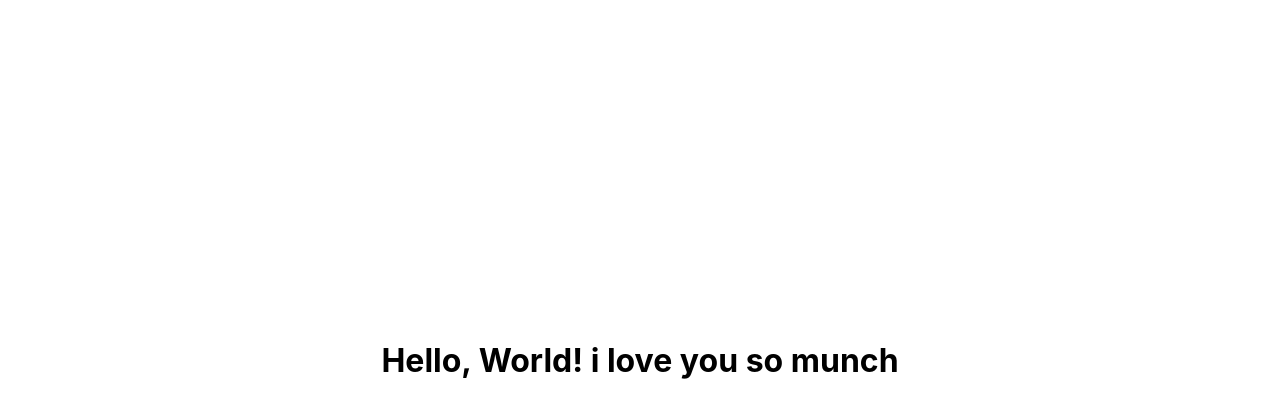
Repository: Christien-14/mon-site-react
Page: /
The author's editor kept a copy of each file at every save. The page is drawn from the files as they stood at one save, then again after the next save.
The browser window is 1280 px wide. The pictures show the whole page.
The project was rebuilt for these pictures with package versions that can differ from the ones it lists, and the page was loaded fresh each time.

Above is the page before, as saved 2024-05-15 12:53:37.

After the next save:
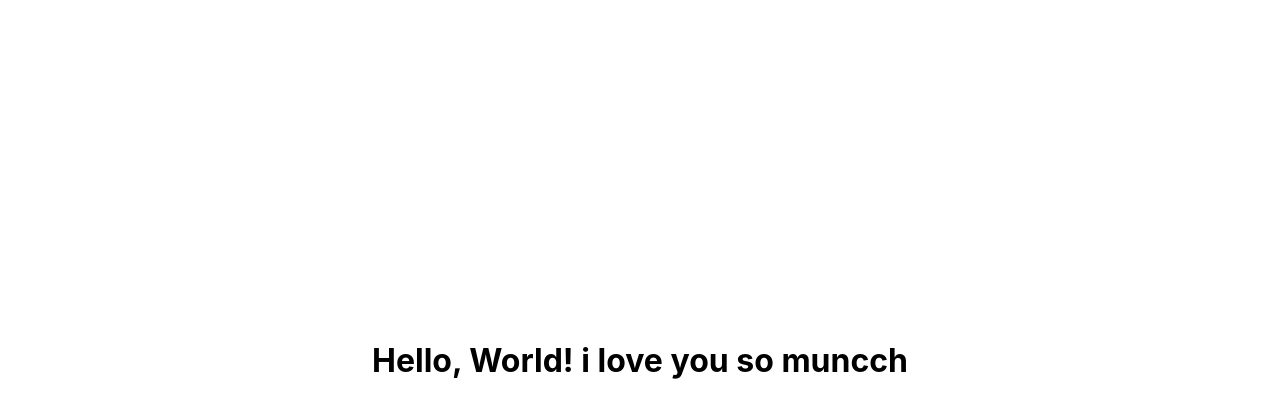
Saved 5 min 9 s later.
--- a/src/App.js
+++ b/src/App.js
@@ -16,7 +16,7 @@
 function App() {
   return (
     <div className="App">
-      <h1 className="title">Hello, World! i love you so munch</h1>
+      <h1 className="title">Hello, World! i love you so muncch</h1>
     </div>
   );
 }

After the save that followed:
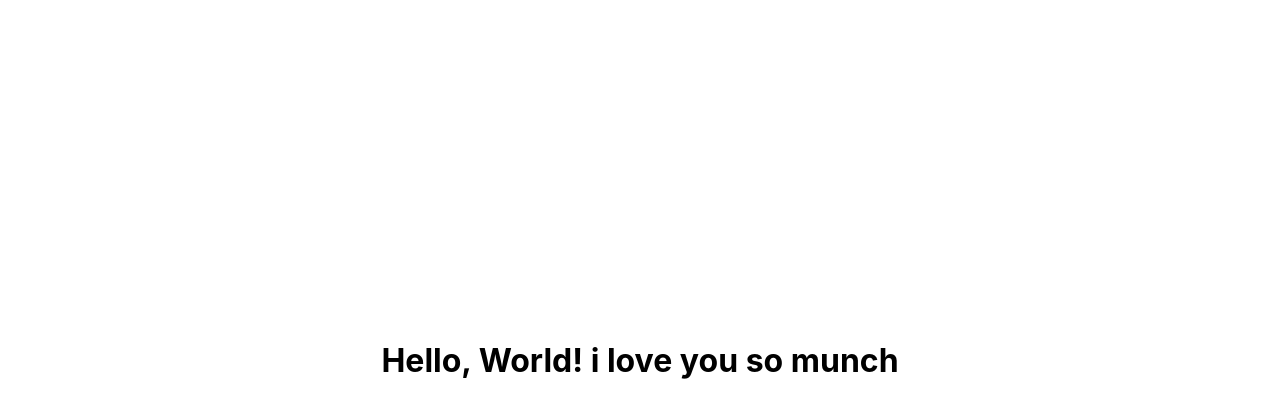
Saved 8 s later.
--- a/src/App.js
+++ b/src/App.js
@@ -16,7 +16,7 @@
 function App() {
   return (
     <div className="App">
-      <h1 className="title">Hello, World! i love you so muncch</h1>
+      <h1 className="title">Hello, World! i love you so munch</h1>
     </div>
   );
 }
